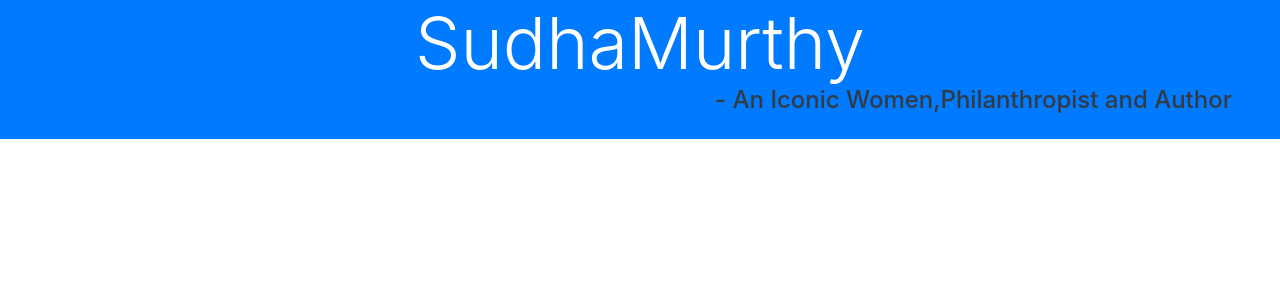
Repository: sumanthr18/RoleModel
Page: index.html
The author's editor kept a copy of each file at every save. The page is drawn from the files as they stood at one save, then again after the next save.
The browser window is 1280 px wide. The pictures show the whole page.

Above is the page before, as saved 2020-03-14 14:26:26.

### index.html
<!DOCTYPE html>
<html lang="en">
<head>
    <meta charset="UTF-8">
    <meta name="viewport" content="width=device-width, initial-scale=1.0">
    <title>SudhaMurthy</title>
    <link rel="stylesheet" href="https://stackpath.bootstrapcdn.com/bootstrap/4.4.1/css/bootstrap.min.css" integrity="sha384-Vkoo8x4CGsO3+Hhxv8T/Q5PaXtkKtu6ug5TOeNV6gBiFeWPGFN9MuhOf23Q9Ifjh" crossorigin="anonymous">
</head>
<body>
    <header class="bg-primary pb-3">
        <h1 class="display-3 text-center my-0 text-white ">SudhaMurthy</h1>
        <h4 class="text-right mr-5 text-dark">- An Iconic Women,Philanthropist and Author</h4>
    </header>
</body>
</html>

After the next save:
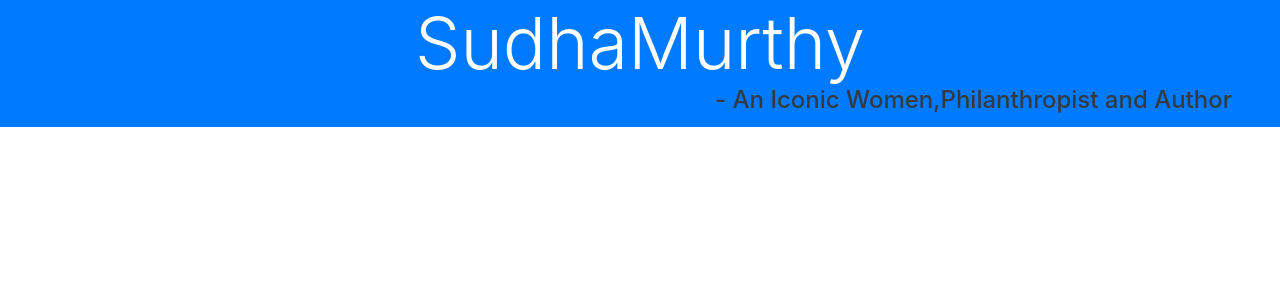
Saved 4 s later.
--- a/index.html
+++ b/index.html
@@ -7,7 +7,7 @@
     <link rel="stylesheet" href="https://stackpath.bootstrapcdn.com/bootstrap/4.4.1/css/bootstrap.min.css" integrity="sha384-Vkoo8x4CGsO3+Hhxv8T/Q5PaXtkKtu6ug5TOeNV6gBiFeWPGFN9MuhOf23Q9Ifjh" crossorigin="anonymous">
 </head>
 <body>
-    <header class="bg-primary pb-3">
+    <header class="bg-primary pb-1">
         <h1 class="display-3 text-center my-0 text-white ">SudhaMurthy</h1>
         <h4 class="text-right mr-5 text-dark">- An Iconic Women,Philanthropist and Author</h4>
     </header>
